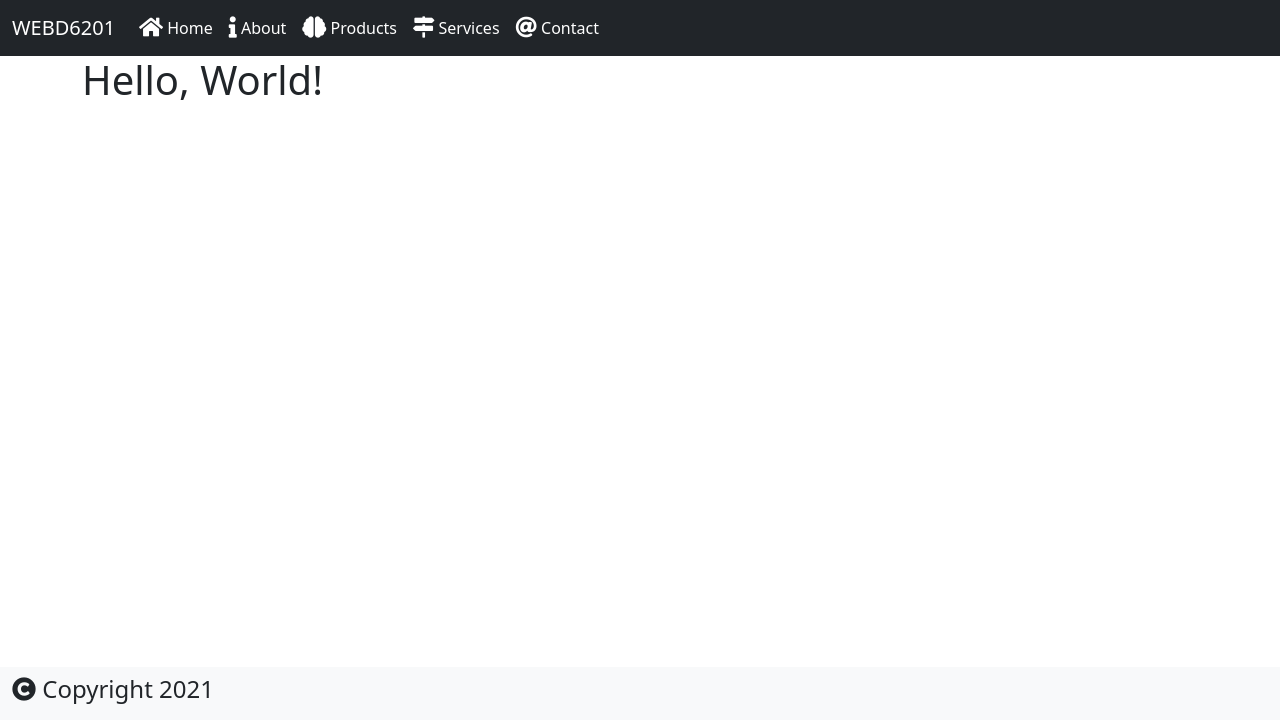
Repository: jaisydh07/WEBD6201-Week1
Page: index.html
An editor plug-in stored every save of this project. The page is shown before and after the next save, followed by the edit.
The browser window is 1280 px wide. The pictures show the whole page.

Above is the page before, as saved 2021-01-28 23:09:05.

### index.html
<!DOCTYPE html>
<html lang="en">
<head>
    <meta charset="UTF-8">
    <meta name="viewport" content="width=device-width, initial-scale=1.0">
    <title>Hello, World!</title>
    <!-- CSS Section -->
    <link rel="stylesheet" href="./node_modules/bootstrap/dist/css/bootstrap.min.css">
    <link rel="stylesheet" href="./node_modules/@fortawesome/fontawesome-free/css/all.min.css">
    <link rel="stylesheet" href="./Content/app.css">
</head>
<body>
    <!-- Main Nav -->

    <header>
    <nav class="navbar navbar-expand-lg navbar-dark bg-dark">
        <div class="container-fluid">
          <a class="navbar-brand" href="#">WEBD6201</a>
          <button class="navbar-toggler" type="button" data-bs-toggle="collapse" data-bs-target="#navbarSupportedContent" aria-controls="navbarSupportedContent" aria-expanded="false" aria-label="Toggle navigation">
            <span class="navbar-toggler-icon"></span>
          </button>
          <div class="collapse navbar-collapse" id="navbarSupportedContent">
            <ul class="navbar-nav ml-auto mb-2 mb-lg-0">

              <li class="nav-item">
                <a class="nav-link active" aria-current="page" href="#">
                    <i class="fas fa-home fa-lg"></i> Home</a>
              </li>

              <li class="nav-item">
                <a class="nav-link active" aria-current="page" href="#">
                    <i class="fas fa-info fa-lg"></i> About</a>
              </li>

              <li class="nav-item">
                <a class="nav-link active" aria-current="page" href="#">
                    <i class="fas fa-brain fa-lg"></i> Products</a>
              </li>

              <li class="nav-item">
                <a class="nav-link active" aria-current="page" href="#">
                    <i class="fas fa-map-signs fa-lg"></i> Services</a>
              </li>

              <li class="nav-item">
                <a class="nav-link active" aria-current="page" href="#">
                    <i class="fas fa-at fa-lg"></i> Contact</a>
              </li>

            </ul>
          </div>
        </div>
      </nav>
    </header>

    <main class="container">
        <h1>Hello, World!</h1>
    </main>

    <footer>
        <nav class="navbar fixed-bottom navbar-light bg-light">
            <div class="container-fluid">
              <h4><i class="fas fa-copyright"></i> Copyright 2021</h4>
            </div>
          </nav>
    </footer>

    <!-- JavaScript Section -->
    <script src="./node_modules/jquery/dist/jquery.min.js"></script>
    <script src="./node_modules/bootstrap/dist/js/bootstrap.bundle.min.js"></script>
    <script src="./Scripts/app.js"></script>
</body>
</html>

### Content/app.css
/* Custom CSS goes here */

### Scripts/app.js
/* Custom Scripts go here */

//IIFE - Immediately Invoked Function Expression
//AKA: Anonymous Self-Executing Function

(function()
{
    // initialization function
    function Start()
    {
        console.log("App Started...");

    }

    // event listener
    window.addEventListener("load",Start);

})();

Loaded but not shown: node_modules/bootstrap/dist/css/bootstrap.min.css (library); node_modules/@fortawesome/fontawesome-free/css/all.min.css (library); node_modules/jquery/dist/jquery.min.js (library); node_modules/bootstrap/dist/js/bootstrap.bundle.min.js (library)

After the next save:
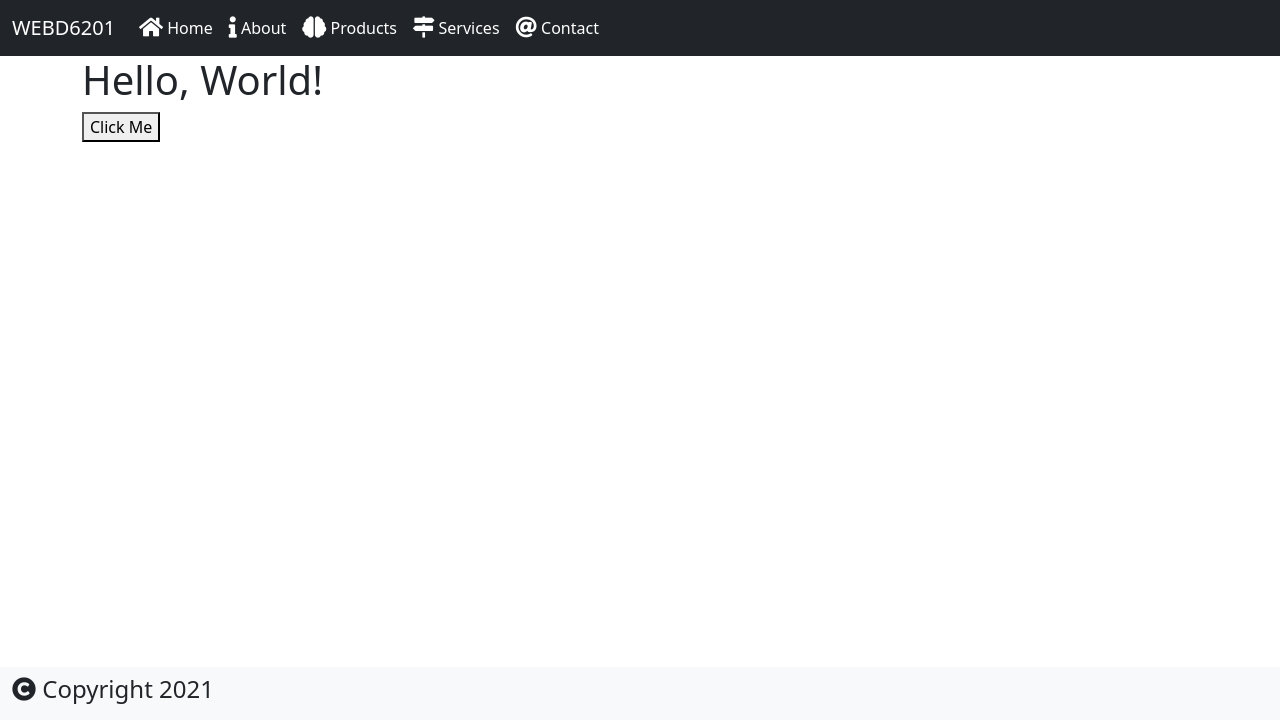
Saved 4 min 28 s later.
--- a/index.html
+++ b/index.html
@@ -55,6 +55,7 @@
 
     <main class="container">
         <h1>Hello, World!</h1>
+        <button>Click Me</button>
     </main>
 
     <footer>
